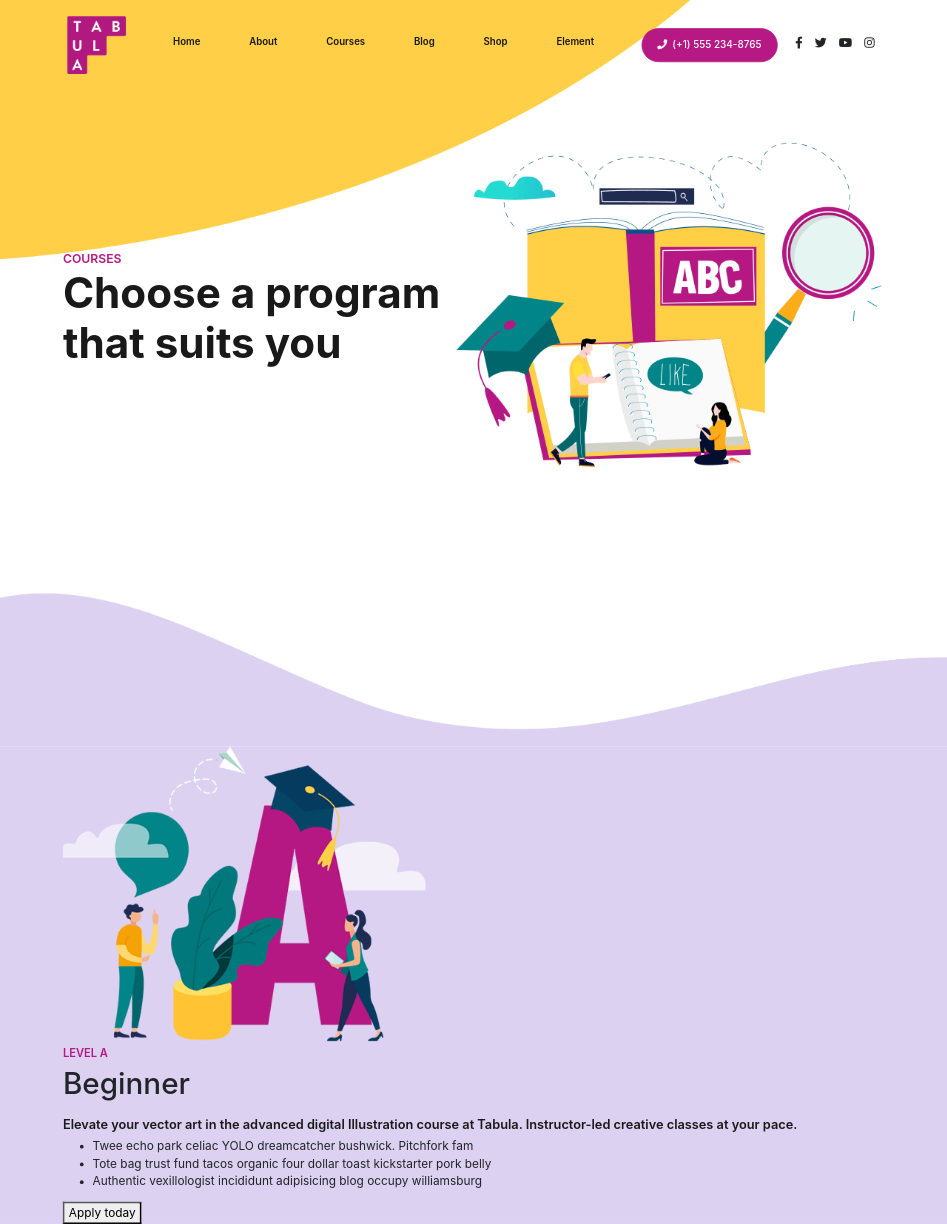
Repository: Khanh1234-glitch/TruongNguyenBaoKhanh_BC22_assignment__tabula
Page: Tabula/index.html
The author's editor kept a copy of each file at every save. The page is drawn from the files as they stood at one save, then again after the next save.
The browser window is 1280 px wide. The pictures show the whole page, at 74% of full size.
The style sheet was rebuilt from its Sass, Less or Tailwind sources for each picture, by a compiler version that may differ from the author's.

Above is the page before, as saved 2022-04-16 11:08:06.

After the next save:
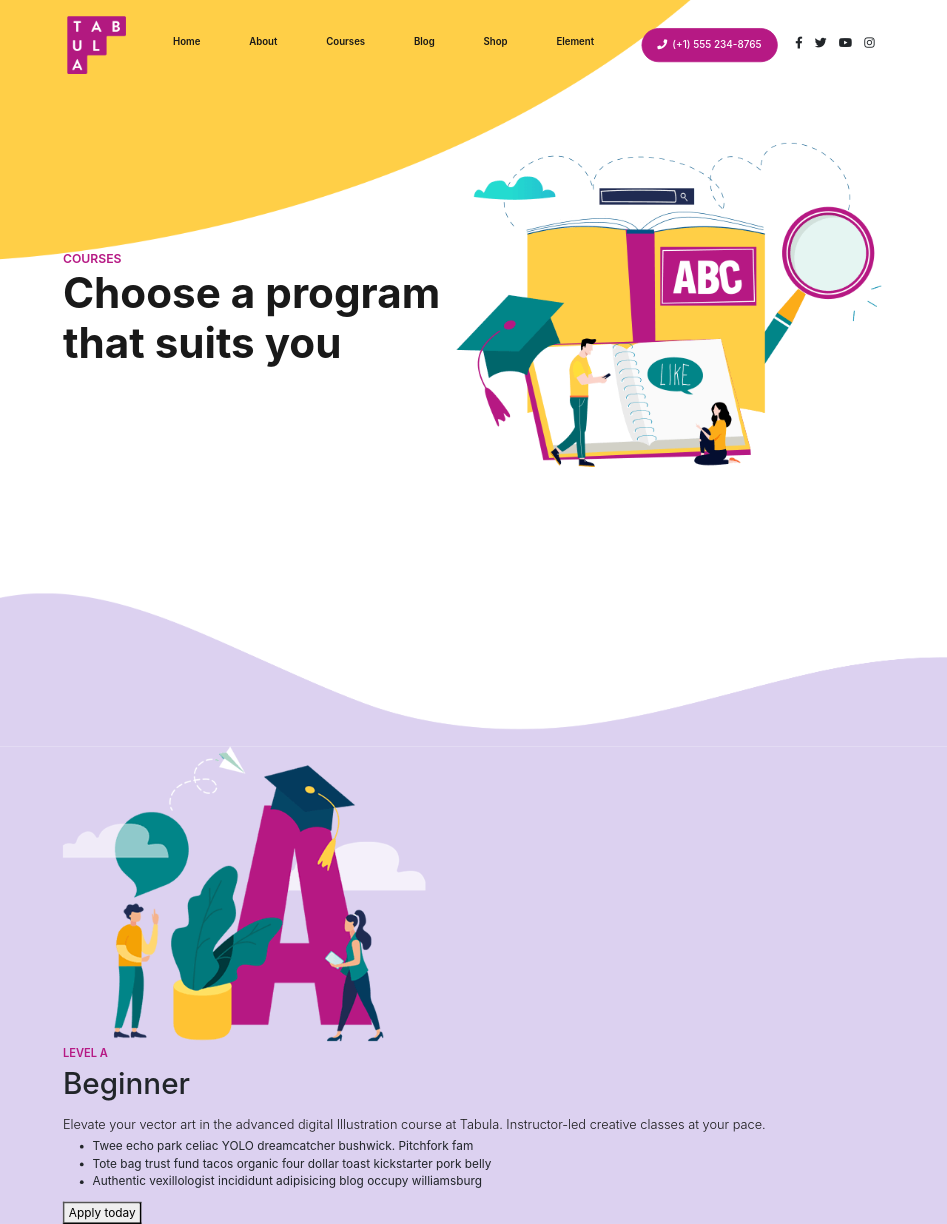
Saved 6 s later.
--- a/Tabula/Sass/Component/_benginer.scss
+++ b/Tabula/Sass/Component/_benginer.scss
@@ -7,7 +7,7 @@
             margin: 0px 0px 9px;
         }
         p {
-            @include content2($fs-9, $fw-2, $color4);
+            @include content2($fs-9, $fw-0, $color4);
             line-height: 32.775px;
             margin: 13.8px 0px 0px;
         }
